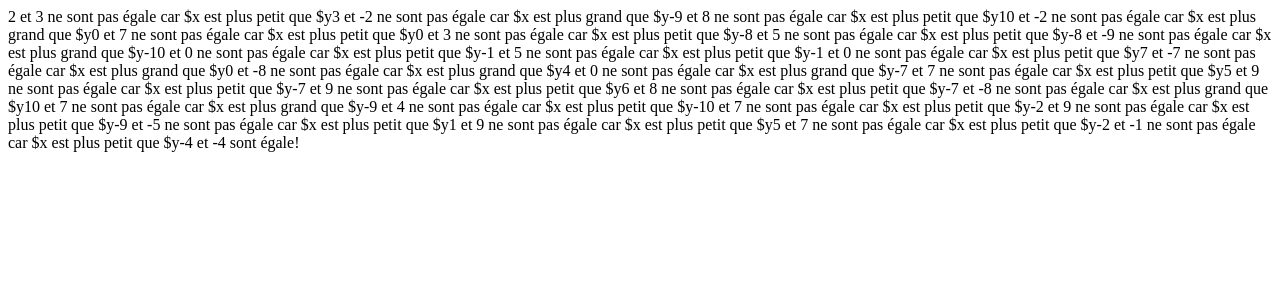
Repository: QuentinFayt/base-php-2021
Page: http://localhost/09-conditions.php
These files come from the project's save history. The page is drawn as it stood at one moment and after the next save; the edit follows.
The browser window is 1280 px wide. The pictures show the whole page.
The page is run by PHP 8.4 with error messages shown; the project is at /var/www/html/.

Above is the page before, as saved 2021-09-03 09:58:51.

### 09-conditions.php
<?php

do {
    $x = mt_rand(-10, 10);
    $y = mt_rand(-10, 10);
    if ($x === $y) {
        echo "$x et $y sont égale!</br>";
    } else {
        echo "$x et $y ne sont pas égale car";
        $x < $y ? $z = ' $x est plus petit que $y' : $z = ' $x est plus grand que $y';
        echo $z;
    }
} while ($x !== $y);

After the next save:
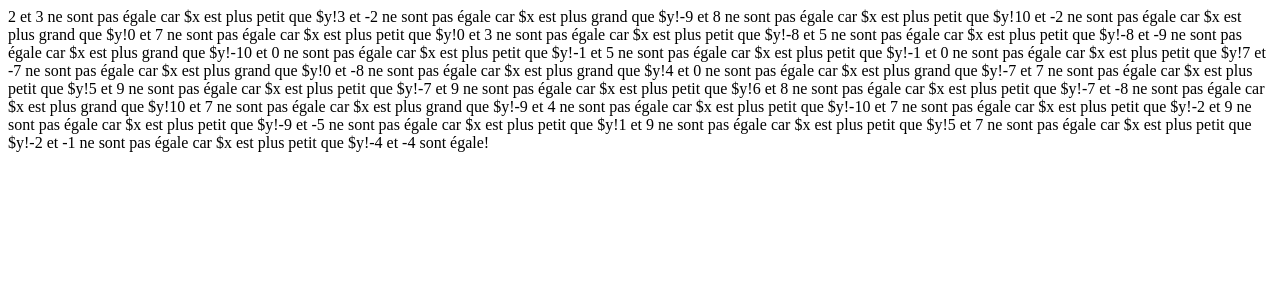
Saved 6 s later.
--- a/09-conditions.php
+++ b/09-conditions.php
@@ -7,7 +7,7 @@ do {
         echo "$x et $y sont égale!</br>";
     } else {
         echo "$x et $y ne sont pas égale car";
-        $x < $y ? $z = ' $x est plus petit que $y' : $z = ' $x est plus grand que $y';
+        $x < $y ? $z = ' $x est plus petit que $y!' : $z = ' $x est plus grand que $y!';
         echo $z;
     }
 } while ($x !== $y);
